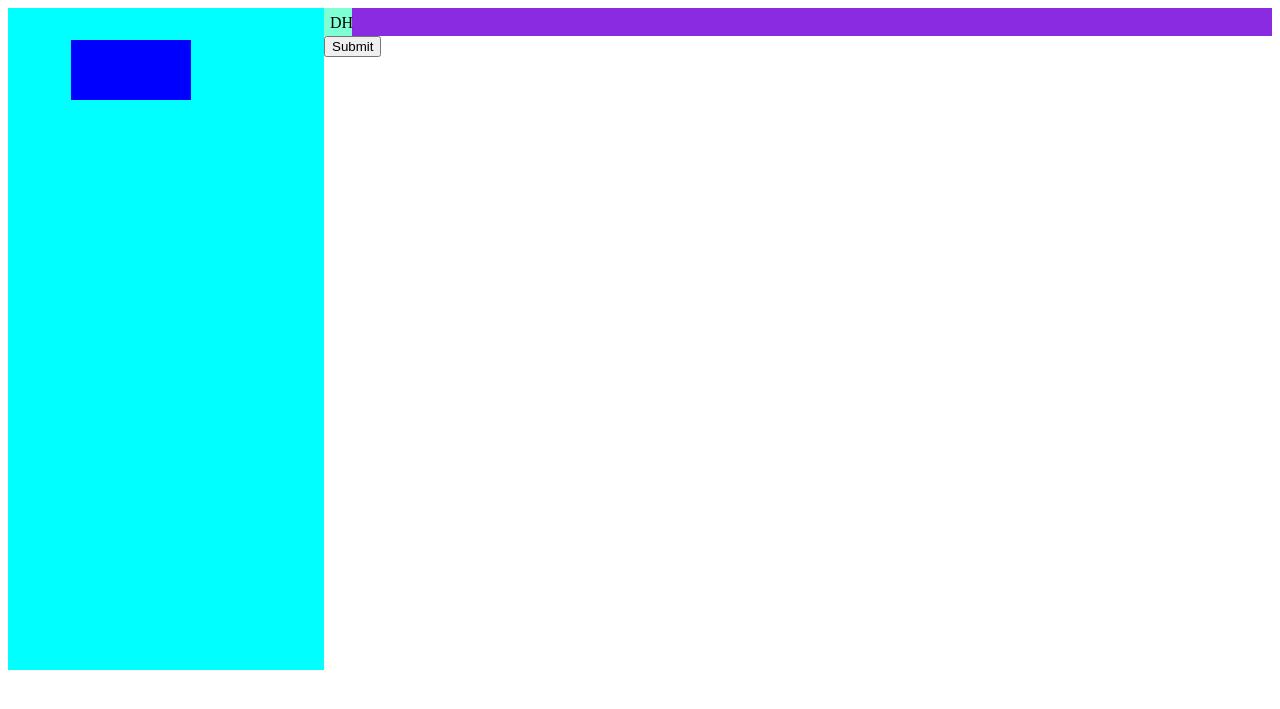
Repository: tr2cky/barrage
Page: index.html
An editor plug-in stored every save of this project. The page is shown before and after a run of saves, followed by the edit.
The browser window is 1280 px wide. The pictures show the whole page.

Above is the page before, as saved 2022-10-03 13:43:12.

After the next 7 saves:
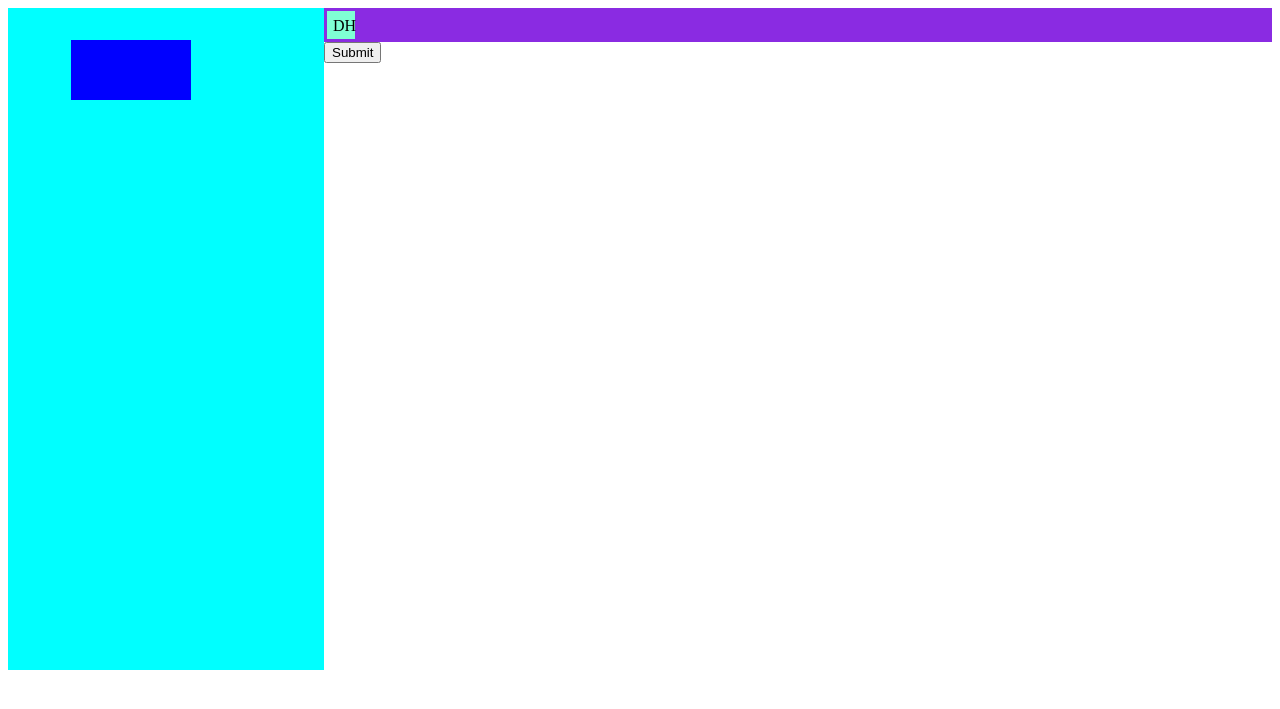
The 7 saves are shown as one change because they came seconds apart.
The last was saved 15 s later.
--- a/style.css
+++ b/style.css
@@ -27,4 +27,5 @@ main {
     padding: 6px;
     width: 1em;
     height: 1em;
+    margin: 3px
 }
